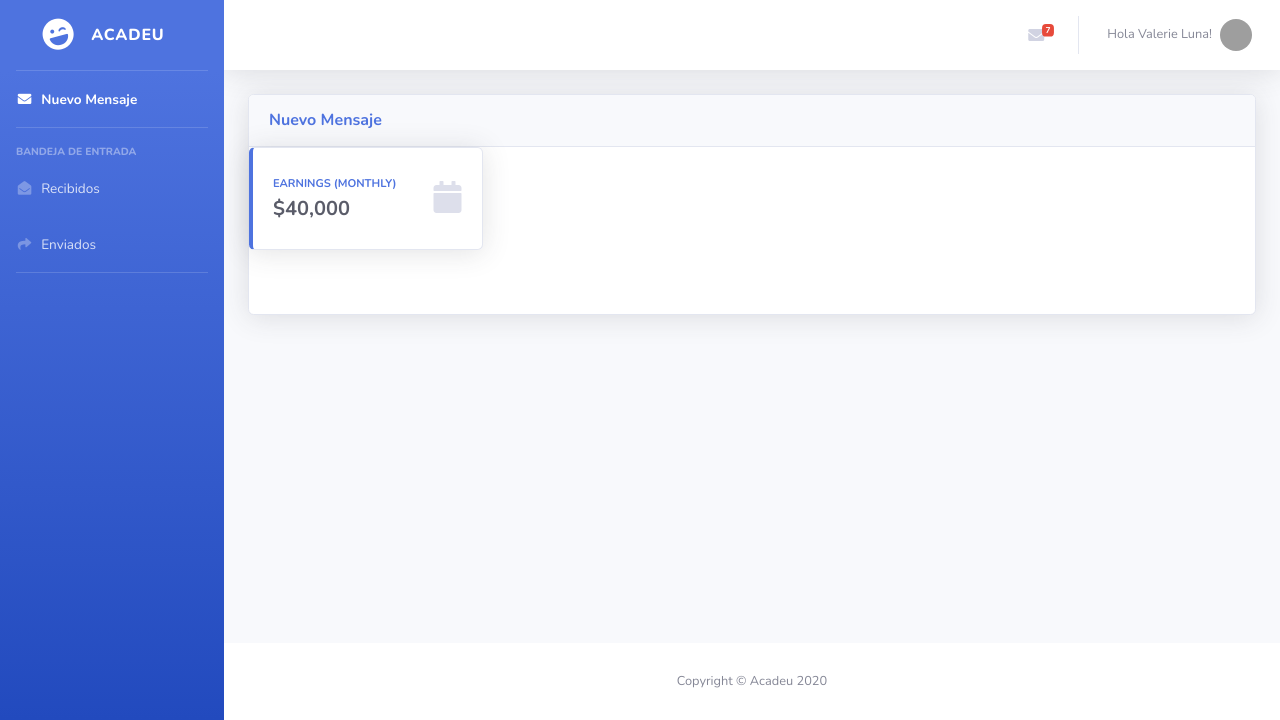
Repository: nicolask92/spring_java_test
Page: http://localhost/nuevo-mensaje
These files come from the project's save history. The page is drawn as it stood at one moment and after the next save; the edit follows.
The browser window is 1280 px wide. The pictures show the whole page.
Pictures or frames that could not be fetched are drawn as grey boxes. The page is this project's Thymeleaf template; nobody is signed in. The template is opened directly, without the code that normally fills it, so the values that code supplies are empty.

Above is the page before, as saved 2020-06-13 21:31:58.

After the next save:
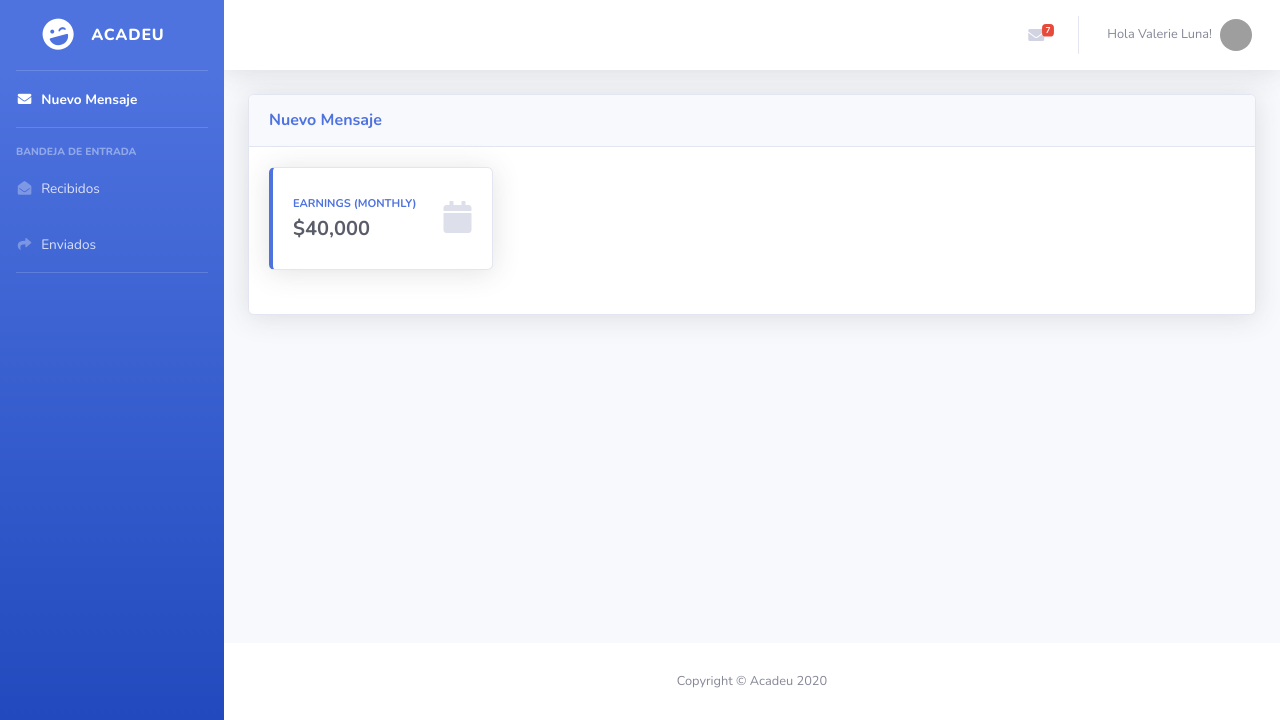
Saved 40 s later.
--- a/spring-tutorial/src/main/resources/templates/nuevo-mensaje.html
+++ b/spring-tutorial/src/main/resources/templates/nuevo-mensaje.html
@@ -199,7 +199,9 @@
 						<div class="card-header py-3">
 							<h6 class="m-0 font-weight-bold text-primary">Nuevo Mensaje</h6>
 						</div>
-						<div class="row">
+
+						<div class="card-body">
+													<div class="row">
 							<div class="col-xl-3 col-md-6 mb-4">
 				              <div class="card border-left-primary shadow h-100 py-2">
 				                <div class="card-body">
@@ -216,8 +218,6 @@
 				              </div>
 				            </div>
 						</div>
-						<div class="card-body">
-
 						</div>
 					</div>
 
